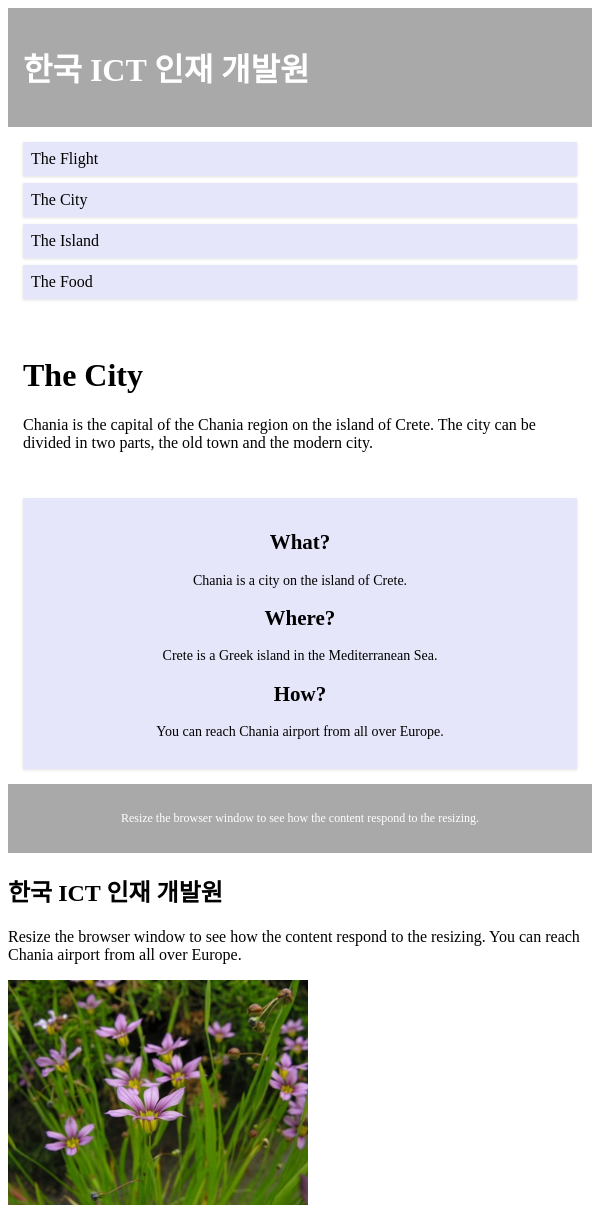
Repository: wjsjsn/23_webstudy
Page: 03_javascript/src/main/webapp/day02/Ex19_event.html
An editor plug-in stored every save of this project. The page is shown before and after the next save, followed by the edit.
The browser window is 600 px wide. The pictures show the whole page.

Above is the page before, as saved 2023-06-28 07:59:23.

### 03_javascript/src/main/webapp/day02/Ex19_event.html
<!DOCTYPE html>
<html>
<head>
<meta charset="UTF-8">
<meta name="viewport" content="width=device width, initial-scale=1.0">
<title>반응형 웹 페이지</title>
<style type="text/css">
* {
	box-sizing: border-box;
}

.header {
	background-color: darkgray;
	color: white;
	padding: 15px;
}

/* ::after => 요소의 컨텐츠 끝 부분에 생성된 컨텐츠를 추가 */
/* ::before => 요소의 컨텐츠 시작 부분에 생성된 컨텐츠를 추가 */
/* content : "" ; => after와 before가 함께 쓰이는 content는 가짜 속성임 */
.row::after {
	content: "" ;
	clear: both;  /* float:left 해제 */
	display: block;
}

.footer {
	/*clear: both;   float:left 해제 */
	background-color: darkgray;
	color: white;
	text-align: center;
	font-size: 12px;
	padding: 15px;
}

.menu ul {
	list-style-type: none;
	margin: 0;
	padding: 0;
}

.menu li {
	padding: 8px;
	margin-bottom: 7px;
	background-color: lavender;
	box-shadow: 0 1px 3px rgba(0, 0, 0, 0.12);
}

.menu li:hover {
	background-color: snow;
	color: tomato;
}

[class *="col-"] {
	float: left;
	padding: 15px;
}

.aside {
	background-color: lavender;
	padding: 15px;
	text-align: center;
	font-size: 14px;
	box-shadow: 0 1px 3px rgba(0, 0, 0, 0.12);
}

.col-1 {width: 8.33%;}
.col-2 {width: 16.66%;}
.col-3 {width: 25%;}
.col-4 {width: 33.33%;}
.col-5 {width: 41.66%;}
.col-6 {width: 50%;}
.col-7 {width: 58.33%;}
.col-8 {width: 66.66%;}
.col-9 {width: 75%;}
.col-10 {width: 83.33%;}
.col-11 {width: 91.66%;}
.col-12 {width: 100%;}

@media only screen and (max-width: 760px) {
	[class *="col-"] {
    width: 100%;
}
}
</style>
</head>
<body>
	<div class="header">
		<h1>한국 ICT 인재 개발원</h1>
	</div>
	<div class="row">
		<div class="col-3 menu">
			<ul>
				<li>The Flight</li>
				<li>The City</li>
				<li>The Island</li>
				<li>The Food</li>
			</ul>
		</div>
		<div class="col-6">
			<h1>The City</h1>
			<p>Chania is the capital of the Chania region on the island of Crete.
			     The city can be divided in two parts, the old town and the modern city.</p>
		</div>
		<div class="col-3 right">
			<div class="aside">
				<h2>What?</h2>
				<p>Chania is a city on the island of Crete.</p>
				<h2>Where?</h2>
				<p>Crete is a Greek island in the Mediterranean Sea.</p>
				<h2>How?</h2>
				<p>You can reach Chania airport from all over Europe.</p>
			</div>
		</div>
	</div>
	<div class="footer">
		<p>Resize the browser window to see how the content respond to the resizing.</p>
	</div>
	<div id="pupup">
		<h2>한국 ICT 인재 개발원</h2>
		<p>Resize the browser window to see how the content respond to the resizing.
		You can reach Chania airport from all over Europe.</p>
		<img src="../images/flower.jpg" width="300px;">
		<div><a href="#" onclick="closed()"></a></div>
	</div>
</body>
</html>

After the next save:
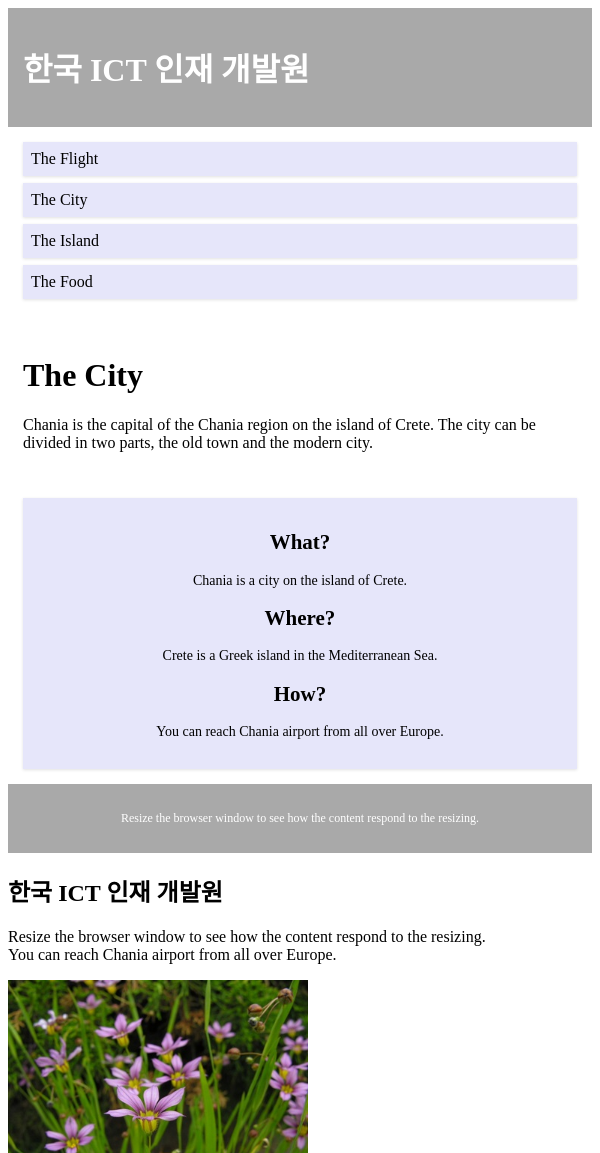
Saved 2 min 33 s later.
--- a/03_javascript/src/main/webapp/day02/Ex19_event.html
+++ b/03_javascript/src/main/webapp/day02/Ex19_event.html
@@ -81,6 +81,13 @@
 	[class *="col-"] {
     width: 100%;
 }
+
+div#pupup {
+	width: 500px;
+	height: 300px;
+	position: absolute;
+	overflow: hidden;
+	}
 }
 </style>
 </head>
